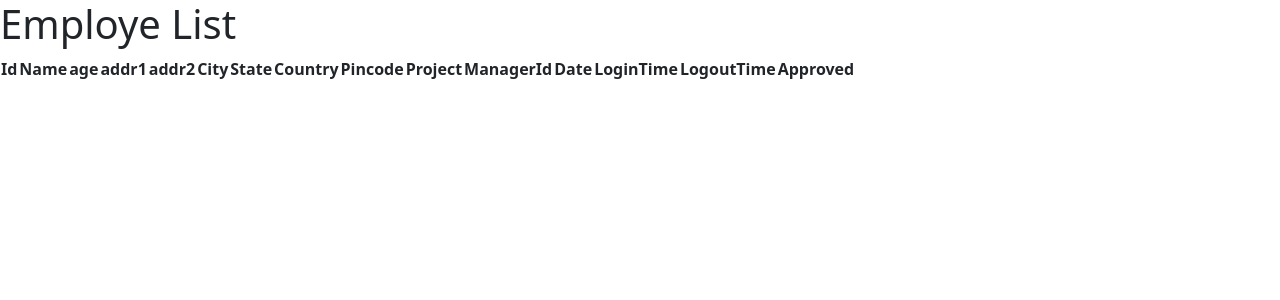
Repository: SujayZope/Task
Page: http://localhost/showEmp
The author's editor kept a copy of each file at every save. The page is drawn from the files as they stood at one save, then again after the next save.
The browser window is 1280 px wide. The pictures show the whole page.
The page is this project's Thymeleaf template; nobody is signed in. The template is opened directly, without the code that normally fills it, so the values that code supplies are empty.

Above is the page before, as saved 2024-09-30 13:36:58.

After the next save:
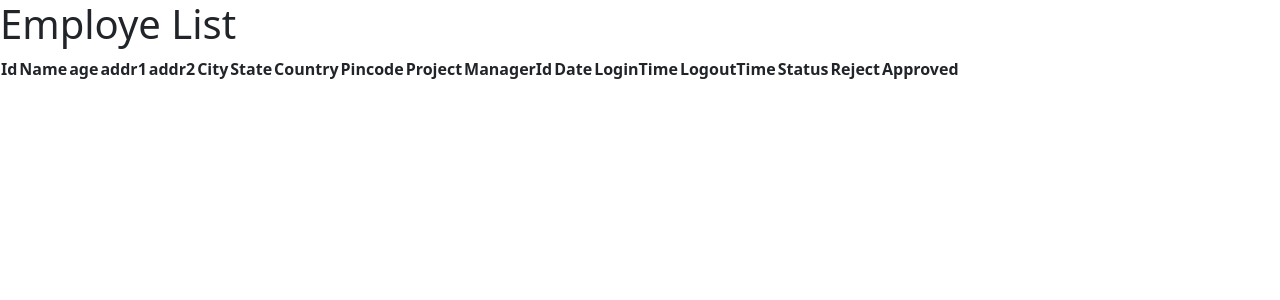
Saved 84 s later.
--- a/emp/src/main/resources/templates/showEmp.html
+++ b/emp/src/main/resources/templates/showEmp.html
@@ -28,6 +28,8 @@
 				<th>Date</th>
 				<th>LoginTime</th>
 				<th>LogoutTime</th>
+				<th>Status</th>
+				<th>Reject</th>
 				<th>Approved</th>
 			</tr>
 		</thead>
